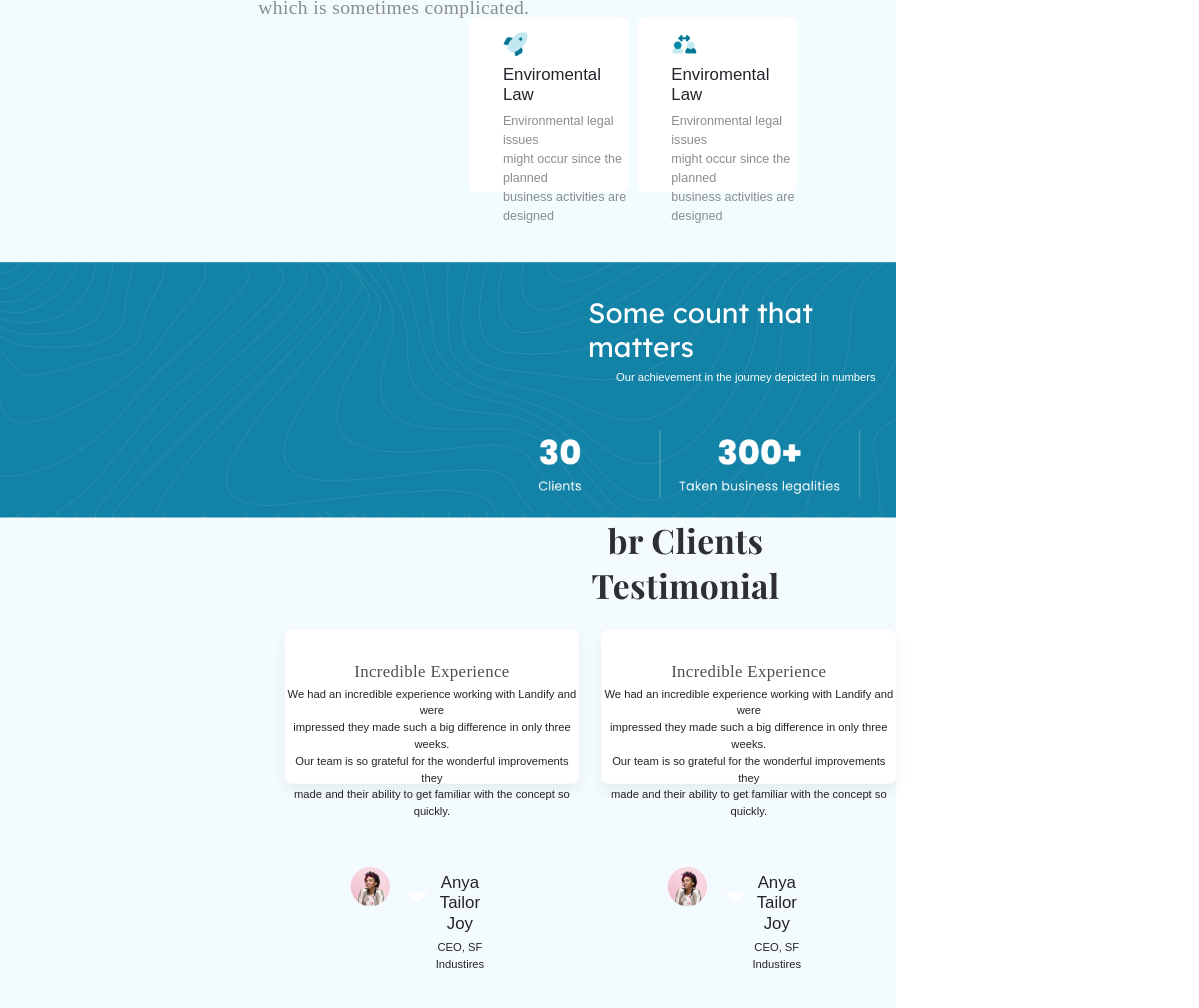
Repository: SAYYODTURINALIYEV/amaliy
Page: index.html
The author's editor kept a copy of each file at every save. The page is drawn from the files as they stood at one save, then again after the next save.
The browser window is 1280 px wide. The page is 1713 px wide, so the pictures cover 1713 px, including what lies to the right of the window. The pictures show the part of the page from y = 1551 to 2991 px (the page is 2991 px tall), at 70% of full size.

Above is the page before, as saved 2022-05-20 17:39:38.

After the next save:
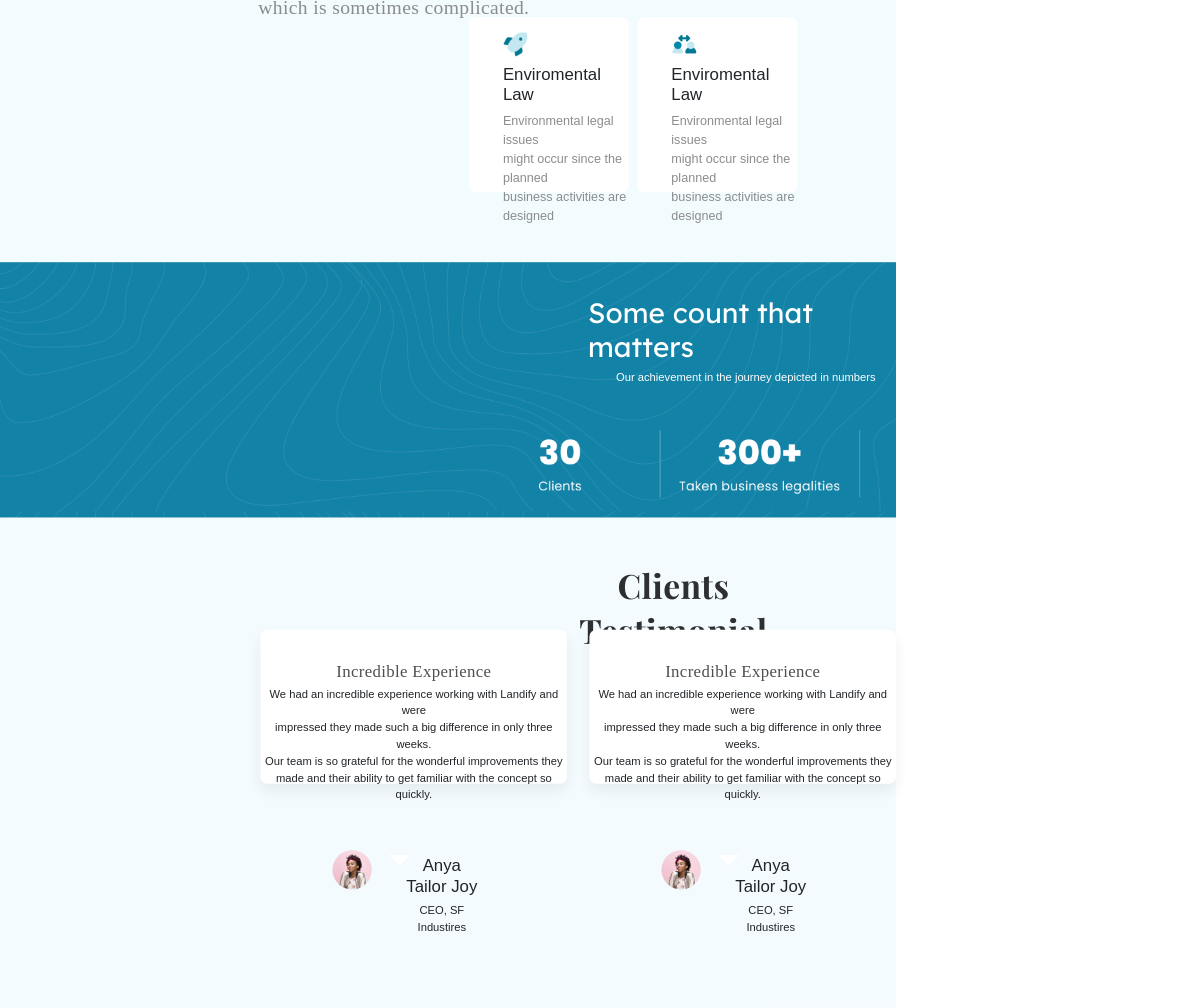
Saved 5 s later.
--- a/index.html
+++ b/index.html
@@ -105,7 +105,7 @@
     </section>
     <section id="clients">
 
-        <h2 id="main2_h1"> br Clients Testimonial</h2>
+        <h2 id="main2_h1"><br> Clients Testimonial</h2>
         <br>
         <div id="main2_1">
             <h3 id="main2_1_h1"><br><br> <br><br> Incredible Experience</h3>
